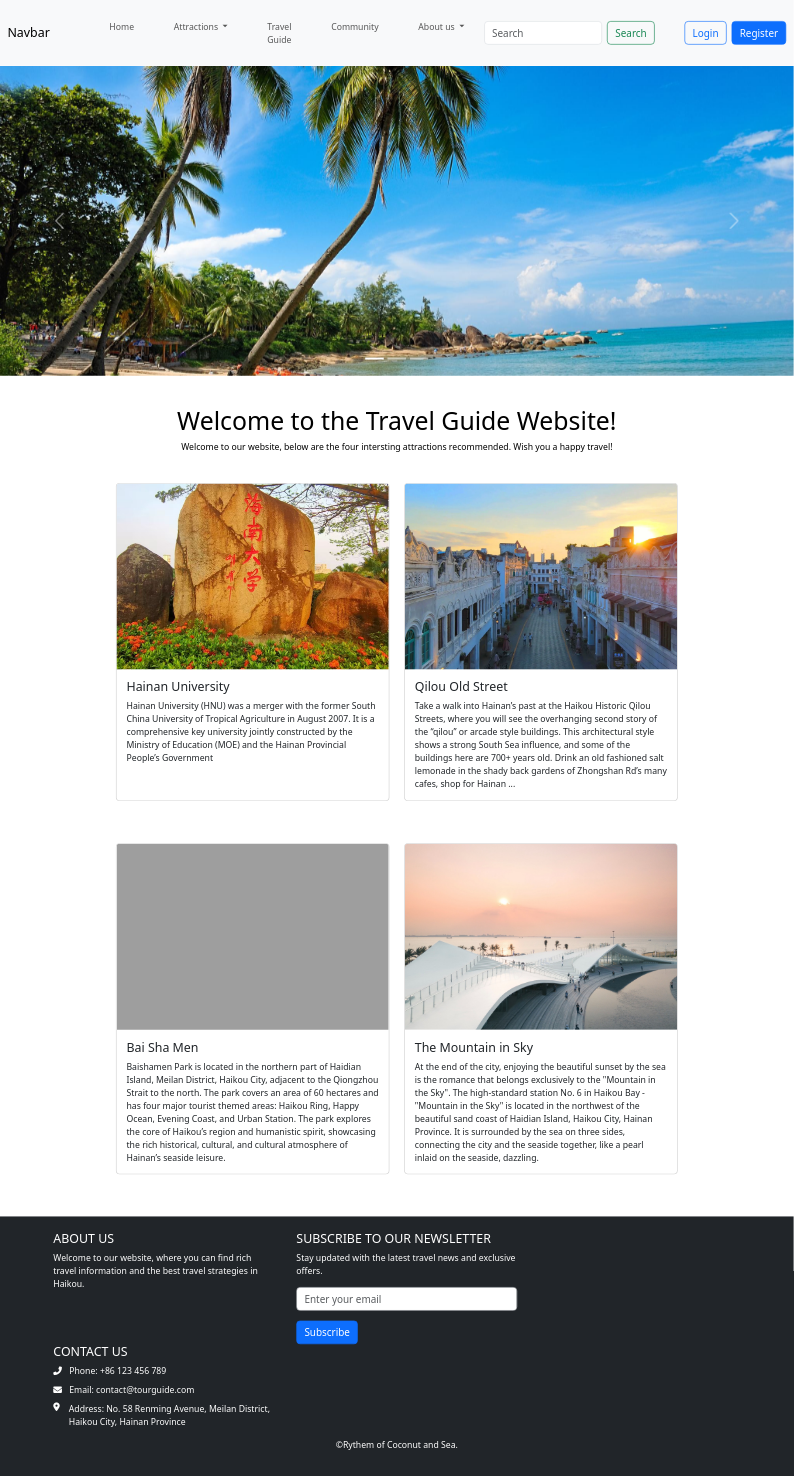
Repository: NIIT-RG6/web-project
Page: /
The author's editor kept a copy of each file at every save. The page is drawn from the files as they stood at one save, then again after the next save.
The browser window is 1280 px wide. The pictures show the whole page, at 62% of full size.
Pictures or frames that could not be fetched are drawn as grey boxes. The project was rebuilt for these pictures with package versions that can differ from the ones it lists, and the page was loaded fresh each time. Also part of the build but not shown: vue.config.js, src/views/College.vue, src/views/Foods.vue, src/views/Park.vue, src/views/Sky.vue, src/views/Street.vue, src/views/StrategyHome.vue, src/views/StrategyBlog.vue and 6 more. Imported but missing from the stored project, and not drawn on this page: src/assets/js/vuetify.js.

Above is the page before, as saved 2024-10-25 03:42:46.

### src/main.js
import 'bootstrap/dist/css/bootstrap.min.css';
import 'bootstrap/dist/js/bootstrap.bundle.min.js';
import "element-plus/dist/index.css";
import '@fortawesome/fontawesome-free/css/all.css';

import * as ElementPlusIconsVue from "@element-plus/icons-vue";

import { createApp } from 'vue';
import App from './App.vue';
import router from './router';
//import vuetify from '../src/assets/js/vuetify'
import ElementPlus from "element-plus";



//import '../src/assets/js/vuetify'
import '@/assets/css/global.css'


createApp(App)
  .use(ElementPlus)
  .use(router)
  //.use(vuetify)
  .use((app) => {
    for (const [key, component] of Object.entries(ElementPlusIconsVue)) {
      app.component(key, component);
    }
  })
  .mount("#app");


// Vue.use(vuetify)
// Vue.config.productionTip = false
// new Vue({
//   vuetify,
//   router,
//   render: h => h(App)
// }).$mount('#app')

### src/App.vue
<template>
	<div id="app">
		<!-- 只有在当前路径不属于隐藏列表时才显示 NavBar -->
		<NavBar v-if="!shouldHideNavAndFooter" />

		<!-- 路由视图 -->
		<router-view />

		<!-- 只有在当前路径不属于隐藏列表时才显示 AppFooter -->
		<AppFooter v-if="!shouldHideNavAndFooter" />
	</div>
</template>

<script>
//import "./style.css";
import NavBar from './components/NavBar.vue';
import AppFooter from './components/AppFooter.vue';
import { computed } from 'vue';
import { useRoute } from 'vue-router';


export default {
	components: {
		NavBar,
		AppFooter
	},
	setup() {
		// 使用 useRoute 钩子获取当前路由
		const route = useRoute();

		// 定义需要隐藏 NavBar 和 AppFooter 的路径
		const hiddenRoutes = ['/login', '/register', '/forgot', '/about-us/contract', '/about-us/privacy'];

		// 判断当前路由路径是否在隐藏列表中
		const shouldHideNavAndFooter = computed(() => hiddenRoutes.includes(route.path));

		return {
			shouldHideNavAndFooter
		};
	}
};
</script>

<style scoped lang="less"></style>

### src/router/index.js
import { createRouter, createWebHistory } from 'vue-router';

// import vue from 'vue';
// import VueRouter from 'vue-router';

// Vue.use(VueRouter);
//Static import
import HomePage from '../views/HomePage.vue';
import College from '@/views/College.vue';
import Foods from '@/views/Foods.vue';
import Park from '@/views/Park.vue';
import Sky from '@/views/Sky.vue';
import Street from '@/views/Street.vue';
import StrategyHome from '../views/StrategyHome.vue';
import StrategyBlog from '../views/StrategyBlog.vue';
import InteractiveCommunity from '../views/InteractiveCommunity.vue';

// Dynamic import(lazy loading)
const LoginPage = () => import('@/views/LoginPage.vue');
const RegisterPage = () => import('@/views/RegisterPage.vue');
const ForgotPassword = () => import('@/views/ForgotPassword.vue');
const ContractPage = () => import('@/views/ContractPage.vue');
const PrivacyPolicy = () => import('@/views/PrivacyPolicy.vue');
const TeamPage = () => import('@/views/TeamPage.vue');

const routes = [
  //Static routes
  { path: '/', name: 'HomePage', component: HomePage },
  { path: '/attractions/college', name: 'College', component: College },
  { path: '/attractions/foods', name: 'Foods', component: Foods },
  { path: '/attractions/park', name: 'Park', component: Park },
  { path: '/attractions/sky', name: 'Sky', component: Sky },
  { path: '/attractions/street', name: 'Street', component: Street },
  { path: '/guide', name: 'Strategy', component: StrategyHome },
  { path: '/guide/blog', name: 'Strategy/Blog', component: StrategyBlog },
  { path: "/community", name: "community", component: InteractiveCommunity },

  // Dynamic routes(lazy loading)
  { path: '/login', name: 'LoginPage', component: LoginPage },
  { path: '/register', name: 'RegisterPage', component: RegisterPage },
  { path: '/forgot', name: 'ForgotPassword', component: ForgotPassword },
  { path: '/about-us/contract', name: 'ContractPage', component: ContractPage },
  { path: '/about-us/privacy', name: 'PrivacyPolicy', component: PrivacyPolicy },
  { path: '/about-us/team', name: 'TeamPage', component: TeamPage },

  // {
  //   path: '/login',
  //   name: 'login',
  //   component: () => import('@/views/LoginPage.vue')
  // },
  // {
  //   path: '/register',
  //   name: 'register',
  //   component: () => import('@/views/RegisterPage.vue')
  // },
  // {
  //   path: '/forgot',
  //   name: 'forgot',
  //   component: () => import('@/views/ForgotPassword.vue')
  // },
  // {
  //   path: '/Contract',
  //   name: 'Contract',
  //   component: () => import('@/views/ContractPage.vue')
  // },
  // {
  //   path: '/Privacy',
  //   name: 'Privacy',
  //   component: () => import('@/views/PrivacyPolicy.vue')
  // },
  // {
  //   path: '/Team',
  //   name: 'Team',
  //   component: () => import('@/views/TeamPage.vue')
  // }
];

const router = createRouter({
  history: createWebHistory(process.env.BASE_URL),
  routes
});

export default router;

### src/assets/css/global.css
/* * {
    box-sizing: border-box;
} */
 body {
    color: #000;
    font-size: 14px;
    margin: 0;
    padding: 0;
 }

### src/components/NavBar.vue
<template>
  <nav class="navbar navbar-expand-lg bg-body-tertiary py-4">
    <div class="container-fluid">
      <a class="navbar-brand" href="#">Navbar</a>
      <button class="navbar-toggler" type="button" data-bs-toggle="collapse" data-bs-target="#navbarSupportedContent"
        aria-controls="navbarSupportedContent" aria-expanded="false" aria-label="Toggle navigation">
        <span class="navbar-toggler-icon"></span>
      </button>
      <div class="collapse navbar-collapse" id="navbarSupportedContent">
        <ul class="navbar-nav me-auto mb-2 mb-lg-0 mx-5">
          <li class="nav-item mx-4">
            <router-link to="/" class="nav-link">Home</router-link>
          </li>

          <!-- Attractions Dropdown -->
          <li class="nav-item dropdown mx-4">
            <a class="nav-link dropdown-toggle" href="#" role="button" data-bs-toggle="dropdown" aria-expanded="false">
              Attractions
            </a>
            <ul class="dropdown-menu">
              <li><router-link to="/attractions/college" class="dropdown-item">Hainan University</router-link></li>
              <li><router-link to="/attractions/park" class="dropdown-item">Baishamen Park</router-link></li>
              <li><router-link to="/attractions/sky" class="dropdown-item">The Sky Mountain</router-link></li>
              <li><router-link to="/attractions/street" class="dropdown-item">Qilou Street</router-link></li>
              <li><router-link to="/attractions/foods" class="dropdown-item">Haikou Foods</router-link></li>
            </ul>
          </li>

          <li class="nav-item mx-4">
            <router-link to="/guide" class="nav-link">Travel Guide</router-link>
          </li>

          <li class="nav-item mx-4">
            <router-link to="/community" class="nav-link">Community</router-link>
          </li>

          <!-- About Us Dropdown -->
          <li class="nav-item dropdown mx-4">
            <a class="nav-link dropdown-toggle" href="#" role="button" data-bs-toggle="dropdown" aria-expanded="false">
              About us
            </a>
            <ul class="dropdown-menu">
              <li><router-link to="/about-us/team" class="dropdown-item">Team</router-link></li>
              <li><router-link to="/about-us/contract" class="dropdown-item">Contract</router-link></li>
              <li><router-link to="/about-us/privacy" class="dropdown-item">Privacy</router-link></li>
            </ul>
          </li>
        </ul>

        <!-- Search Form -->
        <form class="d-flex mx-auto" role="search">
          <input class="form-control me-2" type="search" placeholder="Search" aria-label="Search">
          <button class="btn btn-outline-success" type="submit">Search</button>
        </form>

        <!-- Login and Register Buttons -->
        <router-link to="/login" class="btn btn-outline-primary ms-5">Login</router-link>
        <router-link to="/register" class="btn btn-primary ms-2">Register</router-link>
      </div>
    </div>
  </nav>
</template>

<script>
export default {
  name: 'NavBar'
}
</script>

### src/components/AppFooter.vue
<template>
    <footer class="footer bg-dark text-white py-4">
        <div class="container">
            <div class="row">
                <!-- About us -->
                <div class="col-md-4 mx-1">
                    <!-- <img :src="" alt=""> -->
                    <h5>ABOUT US</h5>
                    <p>Welcome to our website, where you can find rich travel information and the best travel strategies
                        in Haikou.</p>
                </div>

                <!-- Quick Links -->
                <div class="col-md-4 mx-2">
                    <h5>SUBSCRIBE TO OUR NEWSLETTER</h5>
                    <p>Stay updated with the latest travel news and exclusive offers.</p>
                    <form>
                        <div class="mb-3">
                            <input type="email" class="form-control" placeholder="Enter your email" />
                        </div>
                        <button type="submit" class="btn btn-primary">Subscribe</button>
                    </form>
                </div>


                <!-- NEWSLETTER SIGNUP -->
                <div class="col-md-4 mx-1">
                    <h5>CONTACT US</h5>
                    <ul class="list-unstyled contact-info">
                        <li>
                            <i class="fas fa-phone-alt"></i> Phone: +86 123 456 789
                        </li>
                        <li>
                            <i class="fas fa-envelope"></i> Email: contact@tourguide.com
                        </li>
                        <li class="address-item">
                            <i class="fas fa-map-marker-alt"></i> Address: No. 58 Renming Avenue, Meilan District,
                            Haikou City, Hainan Province
                        </li>
                    </ul>
                </div>
            </div>
            <div class="row mx-1">
                <div class="col text-center">
                    <p>&copy;Rythem of Coconut and Sea. </p>
                </div>
            </div>
        </div>
    </footer>
</template>

<script>
export default {
    name: 'AppFooter'
}
</script>

<style scoped>
.footer {
    background-color: #343a40;
    color: #ffffff;
    padding: 20px 0;
}

.contact-info li {
    margin-bottom: 10px;
}

.contact-info i {
    margin-right: 8px;
}

.footer a {
    color: #ffffff;
    transition: color 0.3s;
}

.footer a:hover {
    color: #dddddd;
}

.address-item {
    position: relative;
    padding-left: 25px;
}

.address-item i {
    position: absolute;
    left: 0;
    top: 0;
}

.address-item span {
    display: inline-block;
    margin-left: 25px;
}
</style>

### src/views/HomePage.vue
<template>
    <div class="homepage">
        <!-- carousel slide -->

        <div id="carouselExampleIndicators" class="carousel slide">
            <div class="carousel-indicators">
                <button type="button" data-bs-target="#carouselExampleIndicators" data-bs-slide-to="0" class="active"
                    aria-current="true" aria-label="Slide 1"></button>
                <button type="button" data-bs-target="#carouselExampleIndicators" data-bs-slide-to="1"
                    aria-label="Slide 2"></button>
                <button type="button" data-bs-target="#carouselExampleIndicators" data-bs-slide-to="2"
                    aria-label="Slide 3"></button>
            </div>
            <div class="carousel-inner">
                <div class="carousel-item active">
                    <img :src="firstImage" class="d-block w-100 custom-carousel-img" alt="..." />
                </div>
                <div class="carousel-item">
                    <img :src="secondImage" class="d-block w-100 custom-carousel-img" alt="..." />
                </div>
                <div class="carousel-item">
                    <img :src="thirdImage" class="d-block w-100 custom-carousel-img" alt="..." />
                </div>
            </div>
            <button class="carousel-control-prev" type="button" data-bs-target="#carouselExampleIndicators"
                data-bs-slide="prev">
                <span class="carousel-control-prev-icon" aria-hidden="true"></span>
                <span class="visually-hidden">Previous</span>
            </button>
            <button class="carousel-control-next" type="button" data-bs-target="#carouselExampleIndicators"
                data-bs-slide="next">
                <span class="carousel-control-next-icon" aria-hidden="true"></span>
                <span class="visually-hidden">Next</span>
            </button>
        </div>

        <!-- main content -->
        <div class="container mt-5">
            <h1 class="text-center">Welcome to the Travel Guide Website!</h1>
            <p class="text-center">{{ message }}</p>
        </div>

        <!-- card -->
        <div class="container row mt-5 mx-auto justify-content-center">
            <div class="col-md-5 mb-5 card-group" v-for="(attraction, index) in Attractions" :key="index">
                <div class="card">
                    <img :src="attraction.image" class="card-img-top custom-card-img" :alt="attraction.name">
                    <div class="card-body">
                        <h5 class="card-title">{{ attraction.name }}</h5>
                        <p class="card-text">{{ attraction.description }}</p>
                    </div>
                </div>
            </div>
        </div>
    </div>
</template>

<script>
export default {
    name: "HomePage",
    data() {
        return {
            message: "Welcome to our website, below are the four intersting attractions recommended. Wish you a happy travel!",
            firstImage: require('@/assets/images/Carousel1.jpg'),
            secondImage: require('@/assets/images/QiLou.webp'),
            thirdImage: require('@/assets/images/SkyMountain.png'),
            Attractions: [
                {
                    name: 'Hainan University',
                    description: 'Hainan University (HNU) was a merger with the former South China University of Tropical Agriculture in August 2007. It is a comprehensive key university jointly constructed by the Ministry of Education (MOE) and the Hainan Provincial People’s Government',
                    image: require('@/assets/images/HNU.jpg')
                },
                {
                    name: 'Qilou Old Street',
                    description: 'Take a walk into Hainan’s past at the Haikou Historic Qilou Streets, where you will see the overhanging second story of the “qilou” or arcade style buildings. This architectural style shows a strong South Sea influence, and some of the buildings here are 700+ years old. Drink an old fashioned salt lemonade in the shady back gardens of Zhongshan Rd’s many cafes, shop for Hainan ...',
                    image: require('@/assets/images/QiLou.webp')
                },
                {
                    name: 'Bai Sha Men',
                    description: 'Baishamen Park is located in the northern part of Haidian Island, Meilan District, Haikou City, adjacent to the Qiongzhou Strait to the north. The park covers an area of 60 hectares and has four major tourist themed areas: Haikou Ring, Happy Ocean, Evening Coast, and Urban Station. The park explores the core of Haikou’s region and humanistic spirit, showcasing the rich historical, cultural, and cultural atmosphere of Hainan’s seaside leisure.',
                    image: require('@/assets/images/BaiShaMen.png')
                },
                {
                    name: 'The Mountain in Sky',
                    description: 'At the end of the city, enjoying the beautiful sunset by the sea is the romance that belongs exclusively to the "Mountain in the Sky". The high-standard station No. 6 in Haikou Bay - "Mountain in the Sky" is located in the northwest of the beautiful sand coast of Haidian Island, Haikou City, Hainan Province. It is surrounded by the sea on three sides, connecting the city and the seaside together, like a pearl inlaid on the seaside, dazzling.',
                    image: require('@/assets/images/SkyMountain.png')
                }
            ]
        };
    }
};
</script>

<style scoped>
.custom-carousel-img {
    height: 500px;
    object-fit: cover;
}

.card {
    margin-bottom: 20px;
}

.custom-card-img {
    height: 300px;
    object-fit: cover;
}
</style>

Loaded but not shown: public/index.html (common file)

After the next save:
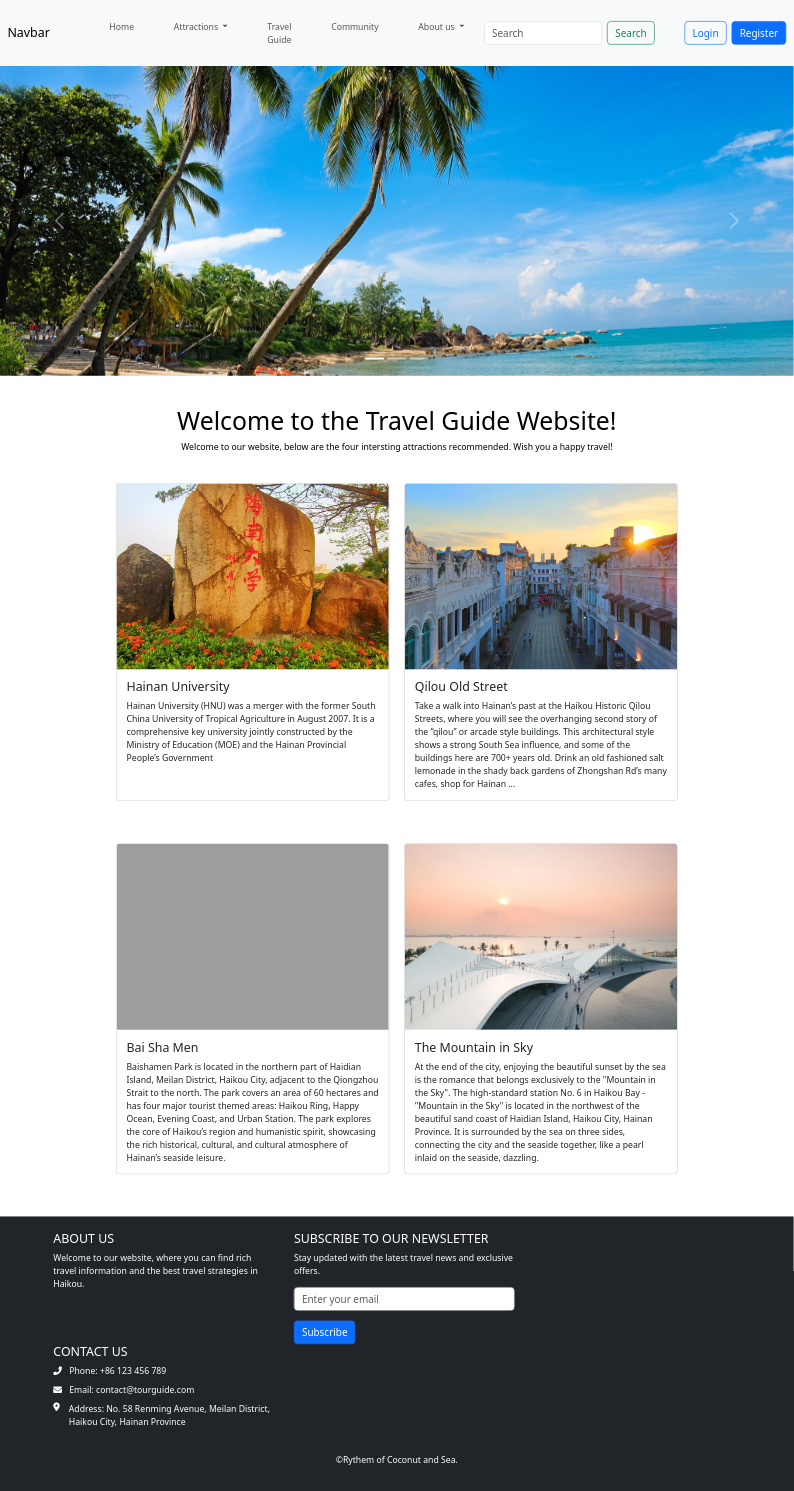
Saved 16 s later.
--- a/src/components/AppFooter.vue
+++ b/src/components/AppFooter.vue
@@ -11,7 +11,7 @@
                 </div>
 
                 <!-- Quick Links -->
-                <div class="col-md-4 mx-2">
+                <div class="col-md-4 mx-1">
                     <h5>SUBSCRIBE TO OUR NEWSLETTER</h5>
                     <p>Stay updated with the latest travel news and exclusive offers.</p>
                     <form>
@@ -40,7 +40,7 @@
                     </ul>
                 </div>
             </div>
-            <div class="row mx-1">
+            <div class="row mt-4">
                 <div class="col text-center">
                     <p>&copy;Rythem of Coconut and Sea. </p>
                 </div>
